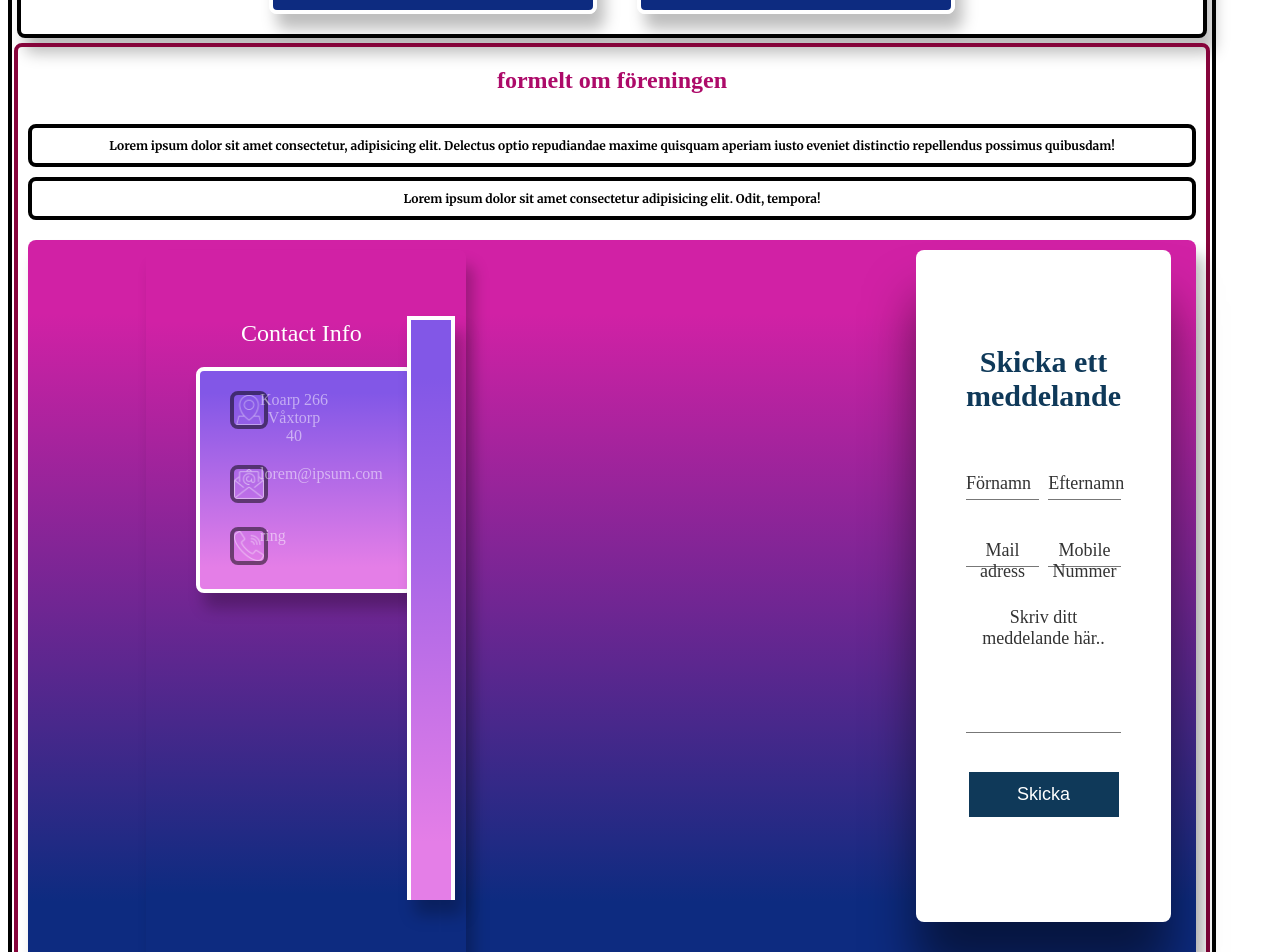
Repository: Webutveckling-20-21/lektion-3-CSS
Page: medlemssidan.html
These files come from the project's save history. The page is drawn as it stood at one moment and after the next save; the edit follows.
The browser window is 1280 px wide. The pictures show the part of the page from y = 678 to 1630 px (the page is 1862 px tall before and 1955 px after).
A picture or video elsewhere on the page could not be fetched, so the positions and the page height are approximate. Some web fonts or font styles are not loaded; a fallback is used.

Above is the page before, as saved 2021-10-07 13:06:55.

After the next save:
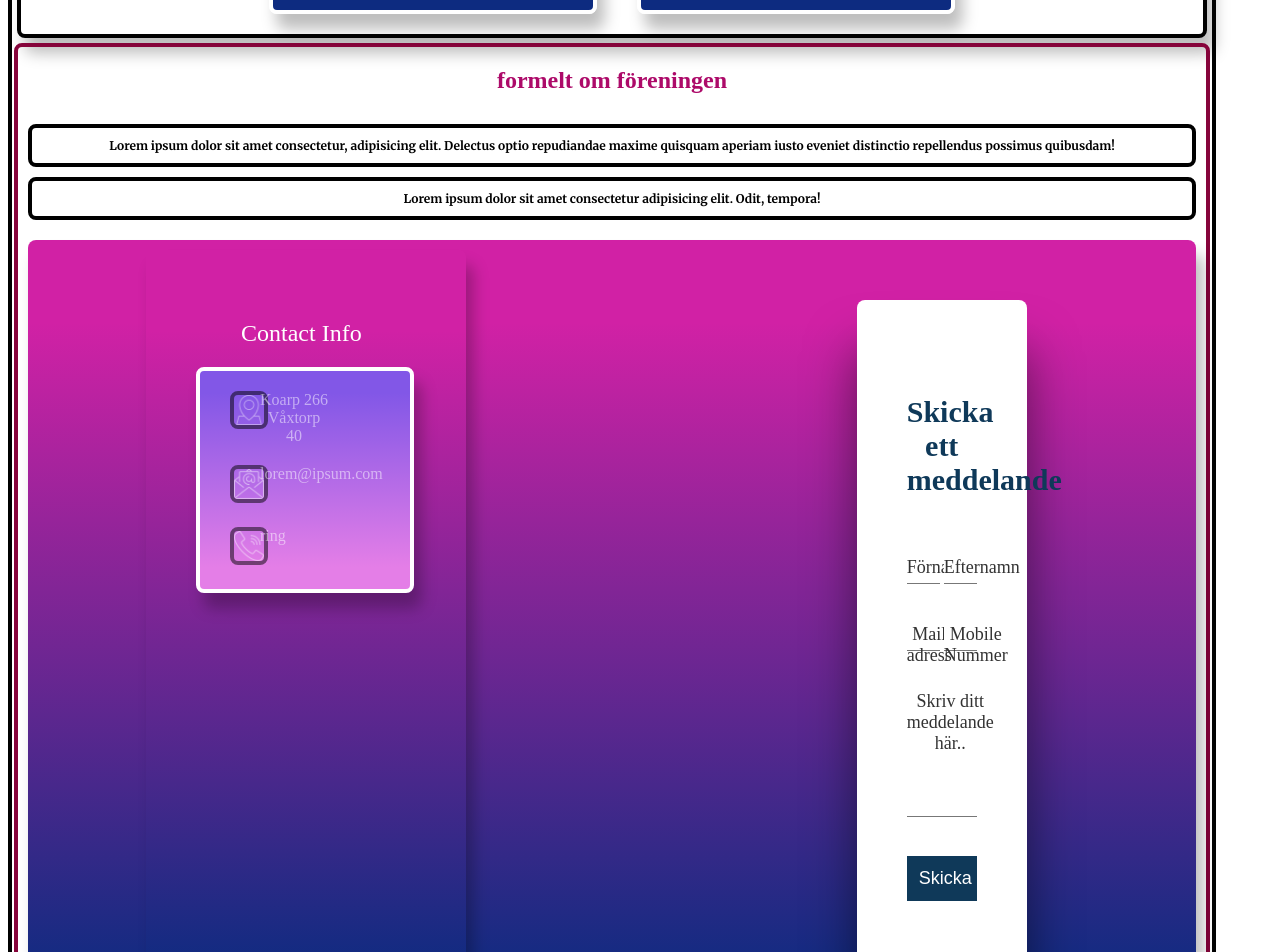
Saved 99 s later.
--- a/medlemssidan.html
+++ b/medlemssidan.html
@@ -92,14 +92,7 @@
                             </li>
                         </ul>
                     </div>
-                    <ul class="sci">
-                        <li><a href="#"><img src="1.png"></a></li>
-                        <li><a href="#"><img src="2.png"></a></li>
-                        <li><a href="#"><img src="3.png"></a></li>
-                        <li><a href="#"><img src="4.png"></a></li>
-                        <li><a href="#"><img src="5.png"></a></li>
-                    </ul>
-                </div>
+
                 <div class="contactForm">
                     <h2>Skicka ett meddelande</h2>
                     <div class="formBox">
